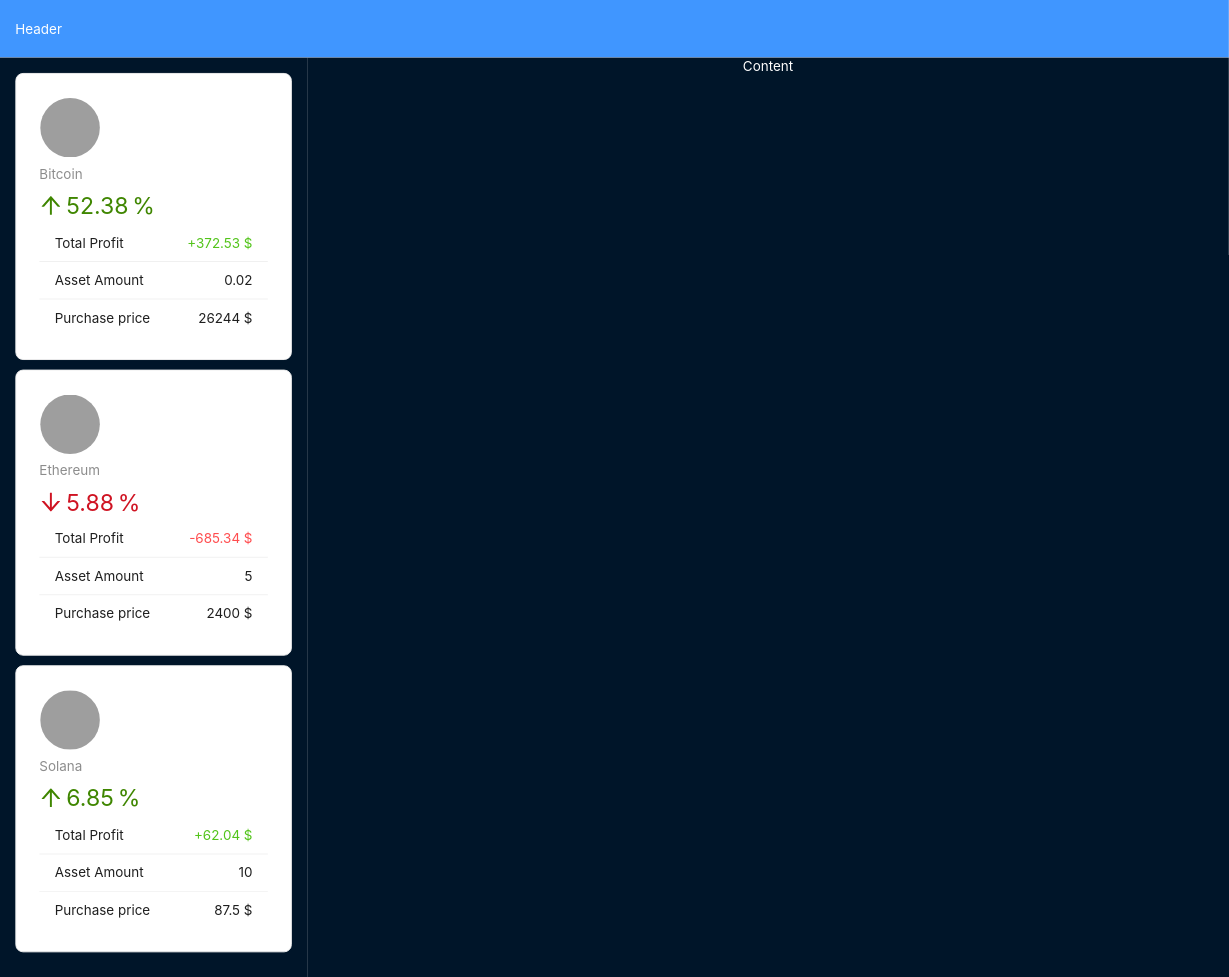
Repository: Vadia23/React-Crypto-App
Page: /
The author's editor kept a copy of each file at every save. The page is drawn from the files as they stood at one save, then again after the next save.
The browser window is 1280 px wide. The pictures show the whole page, at 96% of full size.
Pictures or frames that could not be fetched are drawn as grey boxes. The project was rebuilt for these pictures with package versions that can differ from the ones it lists, and the page was loaded fresh each time. Also part of the build but not shown: vite.config.js.

Above is the page before, as saved 2024-02-13 19:35:03.

### src/App.jsx
import { Layout } from "antd";
import AppHeader from "./components/layout/AppHeader";
import AppSider from "./components/layout/AppSider";
import AppContent from "./components/layout/AppConten";
import { CryptoContextProvider } from "./context/cryptoContext";
import AppLayout from "./components/layout/AppLayout";

export default function App() {
  return (
    <CryptoContextProvider>
      <AppLayout />
    </CryptoContextProvider>
  );
}

### src/components/layout/AppHeader.jsx
import { Layout } from "antd";

const headerStyle = {
  textAlign: "center",
  color: "#fff",
  height: 60,
  backgroundColor: "#4096ff",
  width: "100%",
  padding: "1rem",
  display: "flex",
  justifyContent: "space-between",
  alignItems: "center",
};

export default function AppHeader() {
  return <Layout.Header style={headerStyle}>Header</Layout.Header>;
}

### src/components/layout/AppSider.jsx
import { Avatar, Card, Layout, List, Statistic, Typography } from "antd";
import { ArrowDownOutlined, ArrowUpOutlined } from "@ant-design/icons";
import { useContext } from "react";
import { capitalize } from "../../utils";
import CryptoContext from "../../context/cryptoContext";

export default function AppSider() {
  const { assets } = useContext(CryptoContext);

  return (
    <Layout.Sider width="25%" style={{ padding: "1rem" }}>
      {assets.map((asset) => (
        <Card key={asset.id} style={{ marginBottom: "10px" }}>
          <Avatar size={64} src={asset.icon} style={{ marginBottom: "5px" }} />
          <Statistic
            title={capitalize(asset.id)}
            value={asset.growPercent}
            precision={2}
            valueStyle={{ color: asset.grow ? "#3f8600" : "#cf1322" }}
            prefix={asset.grow ? <ArrowUpOutlined /> : <ArrowDownOutlined />}
            suffix="%"
          />
          <List
            size="small"
            dataSource={[
              {
                title: "Total Profit",
                value: (
                  <Typography.Text type={asset.grow ? "success" : "danger"}>
                    {asset.grow
                      ? "+" + asset.totalProfit + " $"
                      : asset.totalProfit + " $"}
                  </Typography.Text>
                ),
              },
              { title: "Asset Amount", value: asset.amount },
              { title: "Purchase price", value: asset.price + " $" },
            ]}
            renderItem={(item) => (
              <List.Item>
                <span>{item.title}</span>
                {}
                <span>{item.value}</span>
              </List.Item>
            )}
          />
        </Card>
      ))}
    </Layout.Sider>
  );
}

### src/components/layout/AppConten.jsx
import { Layout } from "antd";

const contentStyle = {
  textAlign: "center",
  minHeight: "calc(100vh - 60px)",
  color: "#fff",
  backgroundColor: "#001529",
};

export default function AppContent() {
  return <Layout.Content style={contentStyle}>Content</Layout.Content>;
}

### src/context/cryptoContext.jsx
import { createContext, useEffect, useState } from "react";
import { fakeFetchCrypto, fetchAssets } from "../api";
import { percentDifference } from "../utils";

const CryptoContext = createContext({
  assets: [],
  crypto: [],
  isLoading: false,
});

export function CryptoContextProvider({ children }) {
  const [isLoading, setIsLoading] = useState(false);
  const [crypto, setCrypto] = useState([]);
  const [assets, setAssets] = useState([]);

  useEffect(() => {
    async function preload() {
      setIsLoading(true);
      const { result } = await fakeFetchCrypto();
      const assets = await fetchAssets();

      setCrypto(result);
      setAssets(
        assets.map((asset) => {
          const coin = result.find((c) => c.id === asset.id);

          return {
            grow: asset.price < coin.price, // boolean for color of statistic
            growPercent: percentDifference(asset.price, coin.price),
            totalAmount: asset.amount * coin.price,
            totalProfit: +(
              asset.amount * coin.price -
              asset.amount * asset.price
            ).toFixed(2),
            icon: coin.icon,
            ...asset,
          };
        })
      );
      setIsLoading(false);
    }
    preload();
  }, []);

  return (
    <CryptoContext.Provider value={{ isLoading, crypto, assets }}>
      {children}
    </CryptoContext.Provider>
  );
}

export default CryptoContext;

### src/components/layout/AppLayout.jsx
import { Layout, Spin } from "antd";
import AppHeader from "./AppHeader";
import AppSider from "./AppSider";
import AppContent from "./AppConten";
import { useContext } from "react";
import CryptoContext from "../../context/cryptoContext";

export default function AppLayout() {
  const { isLoading } = useContext(CryptoContext);

  if (isLoading) {
    return <Spin spinning={isLoading} fullscreen />;
  }

  return (
    <Layout>
      <AppHeader />
      <Layout>
        <AppSider />
        <AppContent />
      </Layout>
    </Layout>
  );
}

### src/utils.js
export function percentDifference(a, b) {
  return +(100 * Math.abs((a - b) / ((a + b) / 2))).toFixed(2);
}

export function capitalize(str) {
  return str.charAt(0).toUpperCase() + str.substr(1);
}

### src/api.js
import { cryptoAssets, cryptoData } from "./data";

export function fakeFetchCrypto() {
  return new Promise((resolve) => {
    setTimeout(() => {
      resolve(cryptoData);
    }, 1);
  });
}
export function fetchAssets() {
  return new Promise((resolve) => {
    setTimeout(() => {
      resolve(cryptoAssets);
    }, 1);
  });
}

Loaded but not shown: index.html (common file); src/main.jsx (common file); src/index.css (common file); src/data.js (631 lines, source omitted)

After the next save:
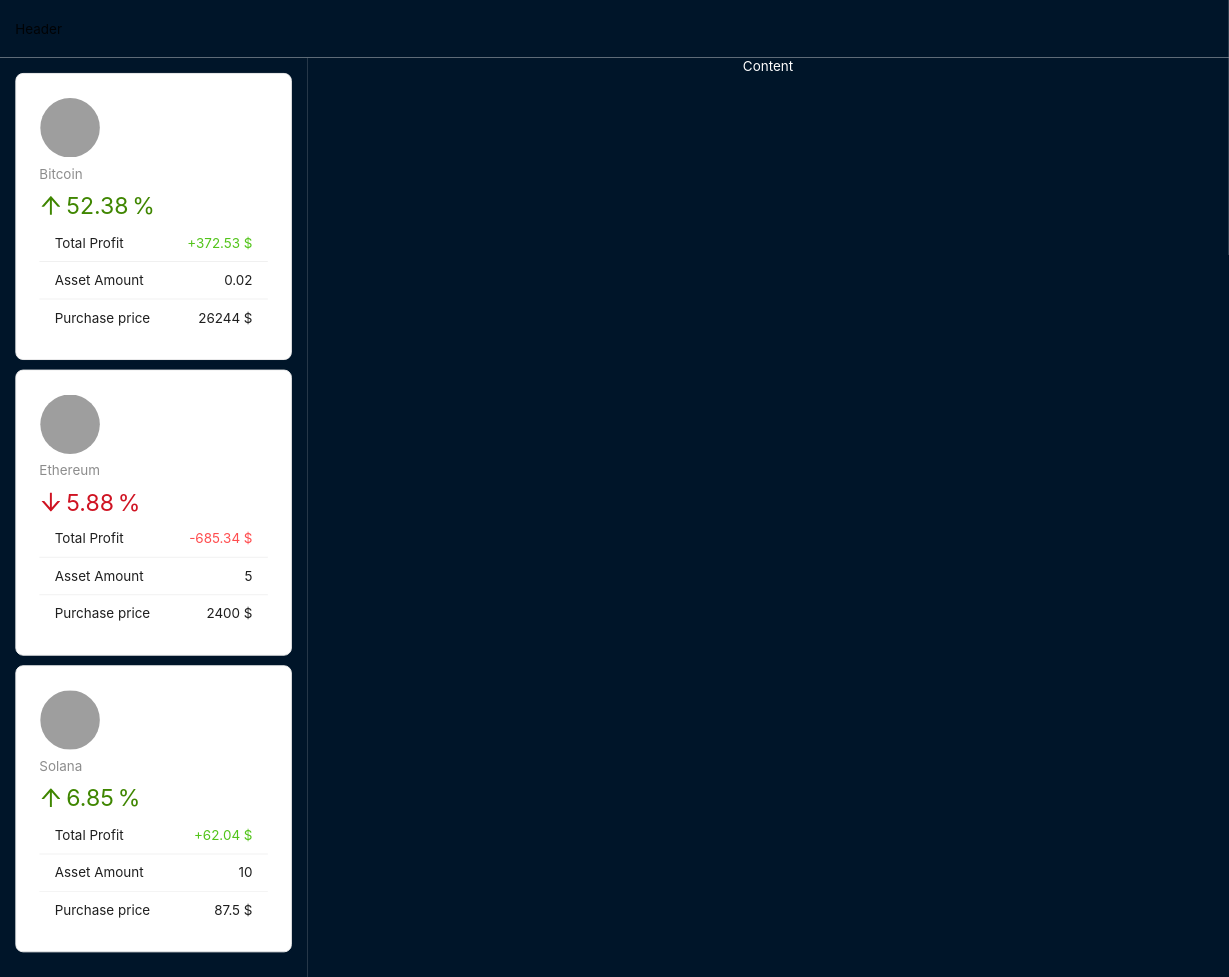
Saved 23 s later.
--- a/src/components/layout/AppHeader.jsx
+++ b/src/components/layout/AppHeader.jsx
@@ -2,10 +2,10 @@
 
 const headerStyle = {
   textAlign: "center",
-  color: "#fff",
+  // color: "#fff",
   height: 60,
-  backgroundColor: "#4096ff",
-  width: "100%",
+  // backgroundColor: "#4096ff",
+  // width: "100%",
   padding: "1rem",
   display: "flex",
   justifyContent: "space-between",

After the save that followed:
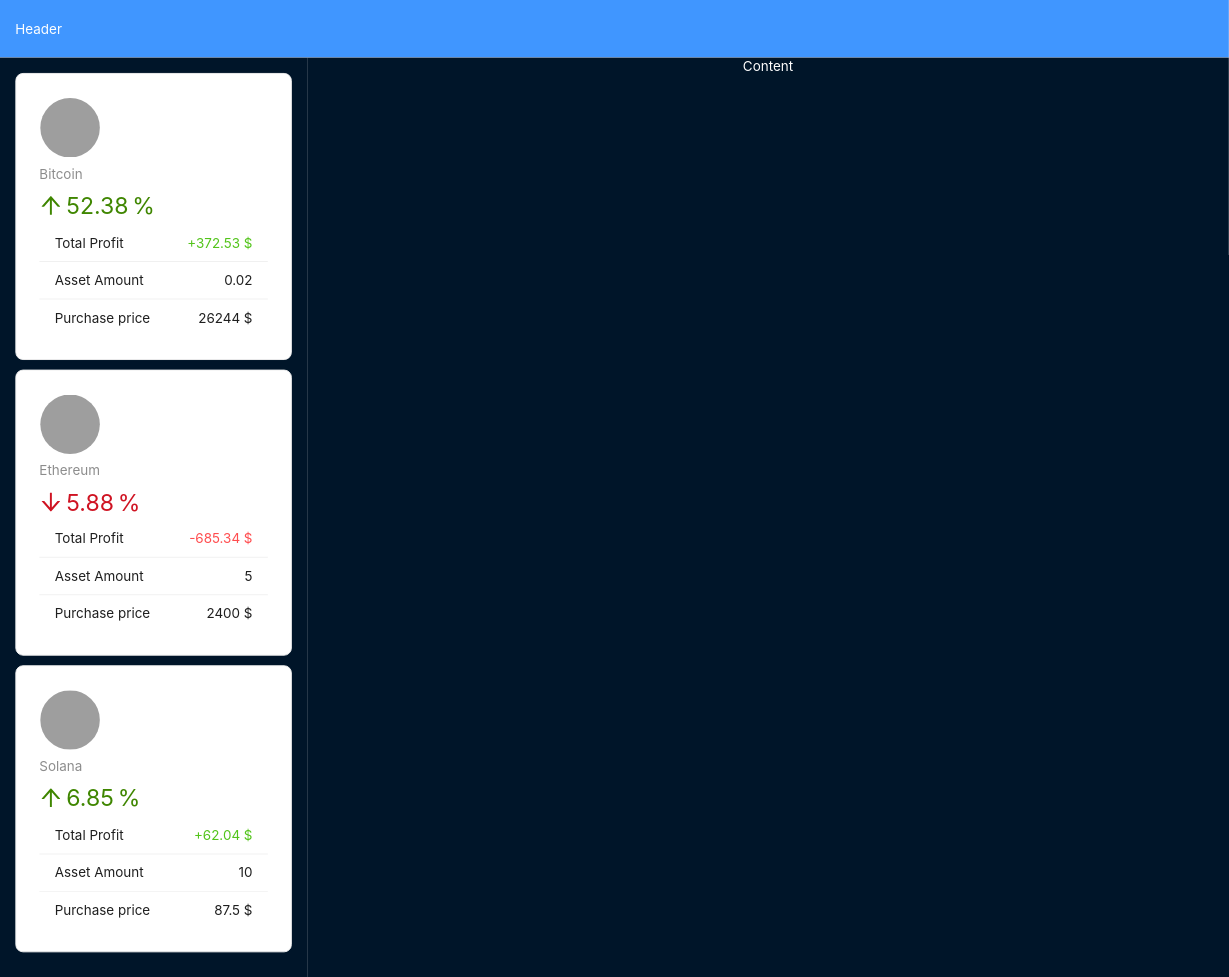
Saved 16 s later.
--- a/src/components/layout/AppHeader.jsx
+++ b/src/components/layout/AppHeader.jsx
@@ -2,9 +2,9 @@
 
 const headerStyle = {
   textAlign: "center",
-  // color: "#fff",
+  color: "#fff",
   height: 60,
-  // backgroundColor: "#4096ff",
+  backgroundColor: "#4096ff",
   // width: "100%",
   padding: "1rem",
   display: "flex",
